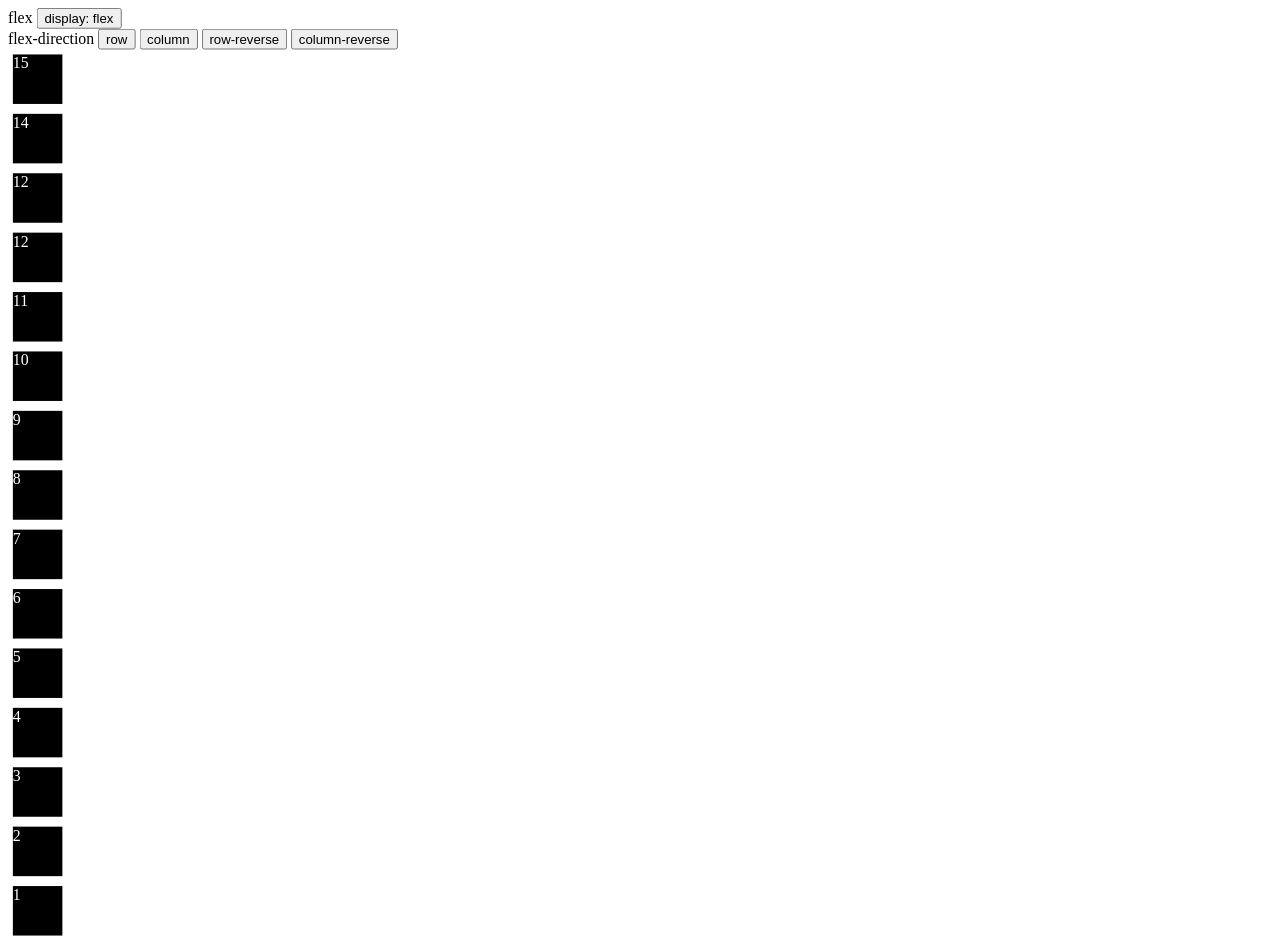
Repository: eeoooo/MINI-PROJECTS-HTML-CSS
Page: 220730-PracticeCSSFlex/index.html
An editor plug-in stored every save of this project. The page is shown before and after the next save, followed by the edit.
The browser window is 1280 px wide. The pictures show the whole page, at 99% of full size.

Above is the page before, as saved 2022-07-30 17:30:59.

### 220730-PracticeCSSFlex/index.html
<!DOCTYPE html>
<html lang="en">
<head>
    <meta charset="UTF-8">
    <meta http-equiv="X-UA-Compatible" content="IE=edge">
    <meta name="viewport" content="width=device-width, initial-scale=1.0">
    <link rel="stylesheet" href="style.css">
    <script defer src="main.js"></script>
    <title>Document</title>
</head>
<body>
    <div class="buttons">
        <span class="flexSpan">flex</span>
        <button class="flexButton">display: flex</button>
        <div class="flex-directions">
            <span class="flex-direction">flex-direction</span>
            <button class="flex-direction-row">row</button>
            <button class="flex-direction-column">column</button>
            <button class="flex-direction-row-reverse">row-reverse</button>
            <button class="flex-direction-column-reverse">column-reverse</button>
        </div>
    </div>
    <div class="container">
        <div class="box">1</div>
        <div class="box">2</div>
        <div class="box">3</div>
        <div class="box">4</div>
        <div class="box">5</div>
        <div class="box">6</div>
        <div class="box">7</div>
        <div class="box">8</div>
        <div class="box">9</div>
        <div class="box">10</div>
        <div class="box">11</div>
        <div class="box">12</div>
        <div class="box">12</div>
        <div class="box">14</div>
        <div class="box">15</div>
    </div>
</body>
</html>

### 220730-PracticeCSSFlex/style.css
.container {
  display: flex;
  flex-direction: column-reverse;
}
.box {
  width: 50px;
  height: 50px;
  background-color: black;
  color: white;
  margin: 5px;
}

### 220730-PracticeCSSFlex/main.js
let container = document.querySelector('.container');
let boxes = document.querySelectorAll('.box');

let buttonFlex = document.querySelector('.flexButton');

let buttonsFlexDirection = document.querySelector('.flex-directions');
let buttonFlexDirectionRow = document.querySelector('.flex-direction-row');
let buttonFlexDirectionColumn = document.querySelector('.flex-direction-column');
let buttonFlexDirectionRowReverse = document.querySelector('.flex-direction-row-reverse');
let buttonFlexDirectionColumnReverse = document.querySelector('.flex-direction-column-reverse');


buttonFlex.addEventListener('click', ()=>{
    if( container.style.display == 'flex'){
        container.style.display = '';
        buttonFlex.textContent = 'display: flex';
    } else if (container.style.display == ''){
        container.style.display = 'flex';
        buttonFlex.textContent = 'display: block';
    }
    console.dir(container.style.display);
})

buttonsFlexDirection.addEventListener('click', event => {
    if (event.target.tagName == 'BUTTON'){
        switch (event.target.attributes.class.value){
            case 'flex-direction-row':
                container.style.flexDirection = 'row';
                break
            case 'flex-direction-column':
                container.style.flexDirection = 'column';
                break
            case 'flex-direction-row-reverse':
                container.style.flexDirection = 'row-reverse';
                break
            case 'flex-direction-column-reverse':
                container.style.flexDirection = 'column-reverse';
                break
        }
    }
})

After the next save:
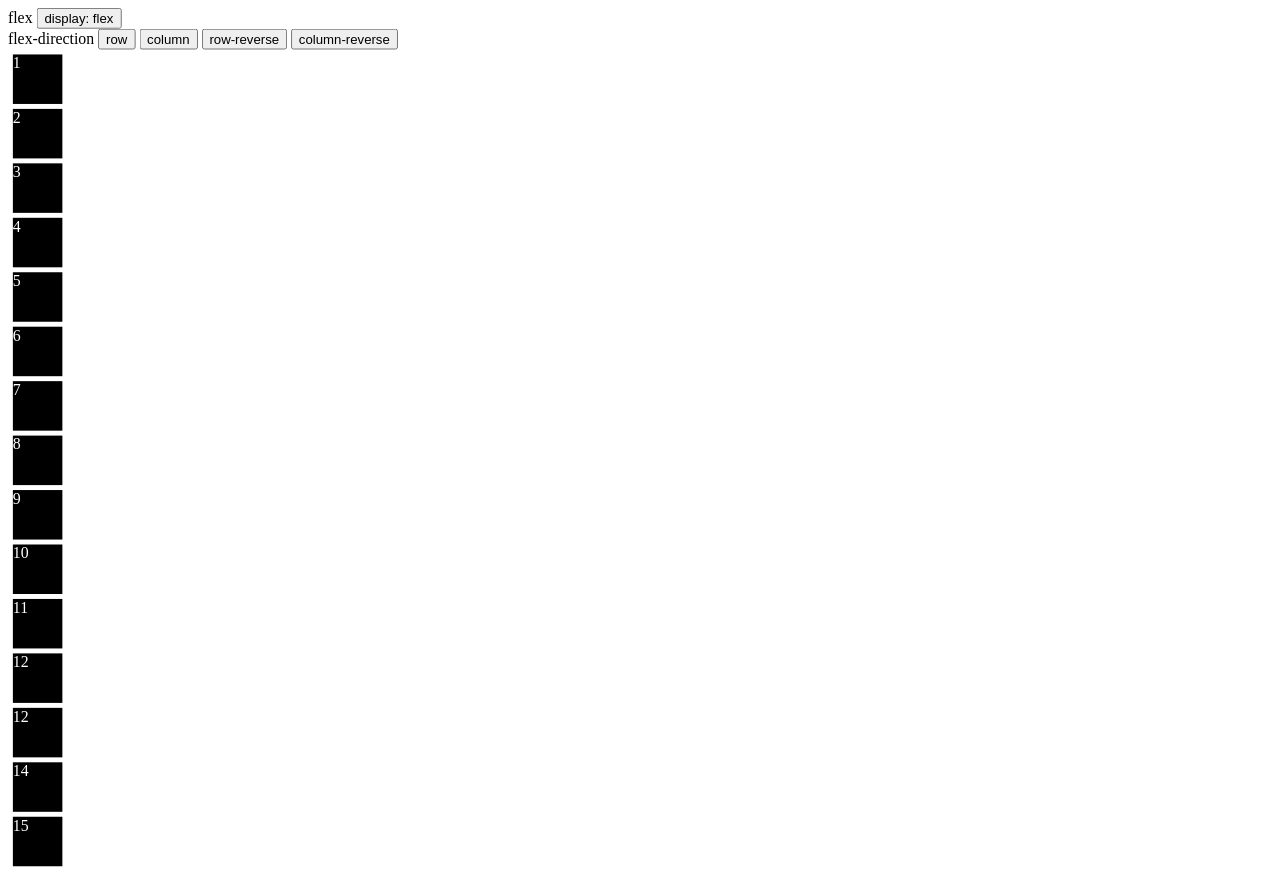
Saved 103 s later.
--- a/220730-PracticeCSSFlex/style.css
+++ b/220730-PracticeCSSFlex/style.css
@@ -1,6 +1,4 @@
 .container {
-  display: flex;
-  flex-direction: column-reverse;
 }
 .box {
   width: 50px;
